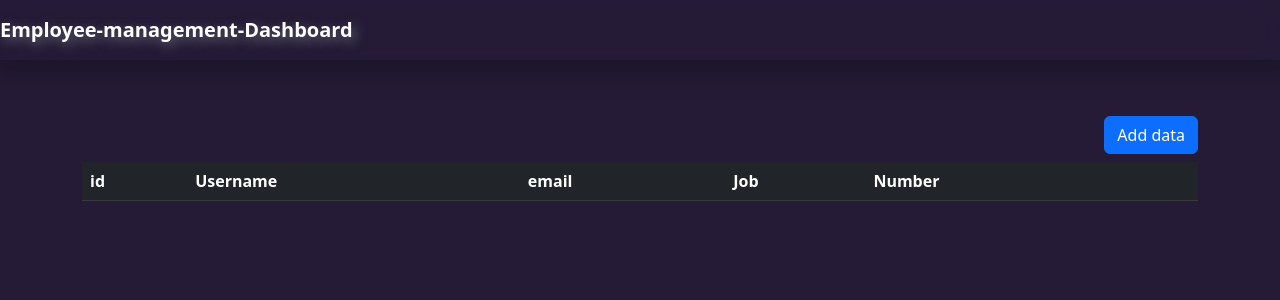
Repository: iamevs/Employee-Management-System
Page: /home (app in client/)
The author's editor kept a copy of each file at every save. The page is drawn from the files as they stood at one save, then again after the next save.
The browser window is 1280 px wide. The pictures show the whole page.
The page's requests for data from a server got no answer. The project was rebuilt for these pictures with package versions that can differ from the ones it lists, and the page was loaded fresh each time. No one was signed in, and anything a server would have sent is missing. Also part of the build but not shown: client/vite.config.js, client/src/components/Register.jsx, client/src/components/Edit.jsx, client/src/components/Hero.jsx. Imported but missing from the stored project, and not drawn on this page: client/src/components/Details.

Above is the page before, as saved 2022-11-28 23:24:50.

### client/index.html
<html lang="en">
  <head>
    <meta charset="UTF-8" />
    <link rel="icon" type="image/svg+xml" href="/vite.svg" />
    <meta name="viewport" content="width=device-width, initial-scale=1.0" />
    <title>employee-management</title>
  </head>
  <body>
    <div id="root"></div>
    <script type="module" src="/src/main.jsx"></script>
  </body>
</html>

### client/src/main.jsx
import React, { StrictMode } from 'react';
import ReactDOM from 'react-dom';
import { createRoot } from "react-dom/client";
import './index.css';
import App from './App';
import { BrowserRouter } from "react-router-dom"
import ContextProvider from "./components/context/ContextProvider";
// root.render(
//   <StrictMode>
//   <ContextProvider>
//     <BrowserRouter>
//       <App />
//     </BrowserRouter>
//   </ContextProvider>
//   </StrictMode>
//   ,
//   document.getElementById('root')
// );


createRoot(document.getElementById('root')).render(
  <ContextProvider>
    <BrowserRouter>
      <App />
    </BrowserRouter>
  </ContextProvider>
)

### client/src/index.css
body {
  margin: 0;
  font-family: -apple-system, BlinkMacSystemFont, 'Segoe UI', 'Roboto', 'Oxygen',
    'Ubuntu', 'Cantarell', 'Fira Sans', 'Droid Sans', 'Helvetica Neue',
    sans-serif;
  -webkit-font-smoothing: antialiased;
  -moz-osx-font-smoothing: grayscale;
  background-color: #251B37 !important;
  color: #fff !important;
}

code {
  font-family: source-code-pro, Menlo, Monaco, Consolas, 'Courier New',
    monospace;
}

.btns{
  display: flex;
  justify-content: space-between;
}

### client/src/App.jsx
import './App.css';
import "../node_modules/bootstrap/dist/css/bootstrap.min.css"
import "../node_modules/bootstrap/dist/js/bootstrap.bundle.min.js"
import Navbar from './components/Navbar';
import Home from './components/Home';
import Register from './components/Register';
import Edit from './components/Edit';
import Details from './components/Details';
import Hero from "./components/Hero.jsx";
import {Routes,Route} from "react-router-dom"




function App() {
  return (
   <>
    <Navbar />
    <Routes>
      <Route path="/" element={<Hero/>} />
      <Route  path="/home" element={<Home/>} />
      <Route exact path="/register" element={<Register/>} />
      <Route exact path="/edit/:id" element={<Edit/>} />
      <Route exact path="/view/:id" element={<Details/>} />
    </Routes>

   </>
  );
}

export default App;

### client/src/components/context/ContextProvider.jsx
import React, { createContext, useState } from 'react'


export const adddata = createContext("");
export const updatedata = createContext("");
export const deldata = createContext("");

const ContextProvider = ({ children }) => {

    const [udata, setUdata] = useState("");
    const [updata, setUPdata] = useState("");
    const [dltdata, setDLTdata] = useState("");


    return (
        <adddata.Provider value={{ udata, setUdata }}>
            <updatedata.Provider value={{ updata, setUPdata }}>
                <deldata.Provider value={{dltdata, setDLTdata}}>
                    {children}
                </deldata.Provider>

            </updatedata.Provider>

        </adddata.Provider>
    )
}

export default ContextProvider;

### client/src/App.css
.add_btn{
  text-align: right;
}

.container{
  overflow: auto;
}

.left_view h3{
  font-size: 21px;
}

.left_view p{
  font-weight: 600;
}

.left_view span{
  font-weight: 400;
}

.right_view p{
  font-weight: 600;
}


.right_view span{
  font-weight: 400;
}

### client/src/components/Navbar.jsx
import React from 'react'
import { NavLink } from 'react-router-dom'
import { Box, Stack } from "@mui/material";


const Navbar = () => {
    return (
        <Stack >
            <Box className="navbar navbar-expand-lg text-white" sx={{
                backgroundColor: "transparent",
                backdropFilter: "blur(10px) !important",
                position: "relative",
                color: "white",
                boxShadow: "4px 7px 20px 11px rgb(0 0 0 / 20%)",
                height: "60px",
            }}>
                <Box sx={{
                    fontSize: "20px",
                    textShadow: "3px 4px 12px #6c757d",
                    fontWeight: "bold",
                }}>Employee-management-Dashboard</Box>
            </Box>
        </Stack>
    )
}

export default Navbar

### client/src/components/Home.jsx
import React, { useState, useEffect, useContext } from 'react'
import RemoveRedEyeIcon from '@mui/icons-material/RemoveRedEye';
import CreateIcon from '@mui/icons-material/Create';
import DeleteOutlineIcon from '@mui/icons-material/DeleteOutline';
import { NavLink } from 'react-router-dom';
import { adddata, deldata } from './context/ContextProvider';
import { updatedata } from './context/ContextProvider'

var getuserlink = "http://localhost:8001/getusers";


const Home = () => {

    const [getuserdata, setUserdata] = useState([]);

    console.log(getuserdata);

    const { udata, setUdata } = useContext(adddata);

    const {updata, setUPdata} = useContext(updatedata);

    const {dltdata, setDLTdata} = useContext(deldata);

    const getdata = async () => {

        const res = await fetch(getuserlink, {
            method: "GET",
            headers: {
                "Content-Type": "application/json"
            }
        });

        const data = await res.json();
        console.log(data);

        if (res.status === 422 || !data) {
            console.log("error ");

        } else {
            setUserdata(data)
            console.log("get data");

        }
    }

    useEffect(() => {
        getdata();
    }, [])

    const deleteuser = async (id) => {

        const res2 = await fetch(`/deleteuser/${id}`, {
            method: "DELETE",
            headers: {
                "Content-Type": "application/json"
            }
        });

        const deletedata = await res2.json();
        console.log(deletedata);

        if (res2.status === 422 || !deletedata) {
            console.log("error");
        } else {
            console.log("user deleted");
            setDLTdata(deletedata)
            getdata();
        }

    }


    return (

        <>
            {
                udata ?
                    <>
                        <div className="alert alert-success alert-dismissible fade show" role="alert">
                            <strong>{udata.name}</strong>  added succesfully!
                            <button type="button" className="btn-close" data-bs-dismiss="alert" aria-label="Close"></button>
                        </div>
                    </> : ""
            }
            {
                updata ?
                    <>
                        <div className="alert alert-success alert-dismissible fade show" role="alert">
                            <strong>{updata.name}</strong>  updated succesfully!
                            <button type="button" className="btn-close" data-bs-dismiss="alert" aria-label="Close"></button>
                        </div>
                    </> : ""
            }

            {
                dltdata ?
                    <>
                        <div className="alert alert-danger alert-dismissible fade show" role="alert">
                            <strong>{dltdata.name}</strong>  deleted succesfully!
                            <button type="button" className="btn-close" data-bs-dismiss="alert" aria-label="Close"></button>
                        </div>
                    </> : ""
            }


            <div className="mt-5">
                <div className="container">
                    <div className="add_btn mt-2 mb-2">
                        <NavLink to="/register" className="btn btn-primary">Add data</NavLink>
                    </div>

                    <table class="table">
                        <thead>
                            <tr className="table-dark">
                                <th scope="col">id</th>
                                <th scope="col">Username</th>
                                <th scope="col">email</th>
                                <th scope="col">Job</th>
                                <th scope="col">Number</th>
                                <th scope="col"></th>
                            </tr>
                        </thead>
                        <tbody>

                            {
                                getuserdata.map((val, ind) => {
                                    return (
                                        <tr>
                                            <th scope="row">{ind + 1}</th>
                                            <td>{val.name}</td>
                                            <td>{val.email}</td>
                                            <td>{val.work}</td>
                                            <td>{val.mobile}</td>
                                            <td className='btns'>
                                                <NavLink to={`/view/${val._id}`} className="btn btn-primary"><RemoveRedEyeIcon /></NavLink>
                                                <NavLink to={`/update/${val._id}`} className="btn btn-success"><CreateIcon /></NavLink>
                                                <button onClick={() => deleteuser(val._id)} className="btn btn-danger"><DeleteOutlineIcon /></button>
                                            </td>
                                        </tr>
                                    )
                                })
                            }
                        </tbody>
                    </table>


                </div>
            </div>
        </>
    )
}

export default Home

After the next save:
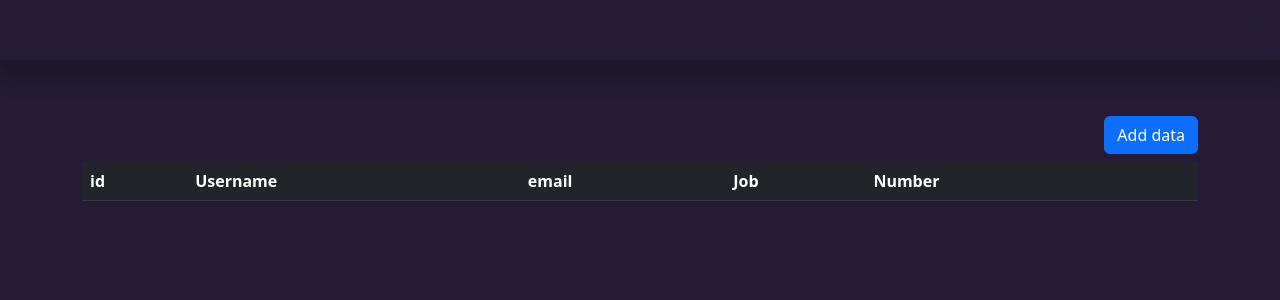
Saved 32 s later.
--- a/client/src/components/Navbar.jsx
+++ b/client/src/components/Navbar.jsx
@@ -18,7 +18,7 @@ const Navbar = () => {
                     fontSize: "20px",
                     textShadow: "3px 4px 12px #6c757d",
                     fontWeight: "bold",
-                }}>Employee-management-Dashboard</Box>
+                }}/>
             </Box>
         </Stack>
     )
